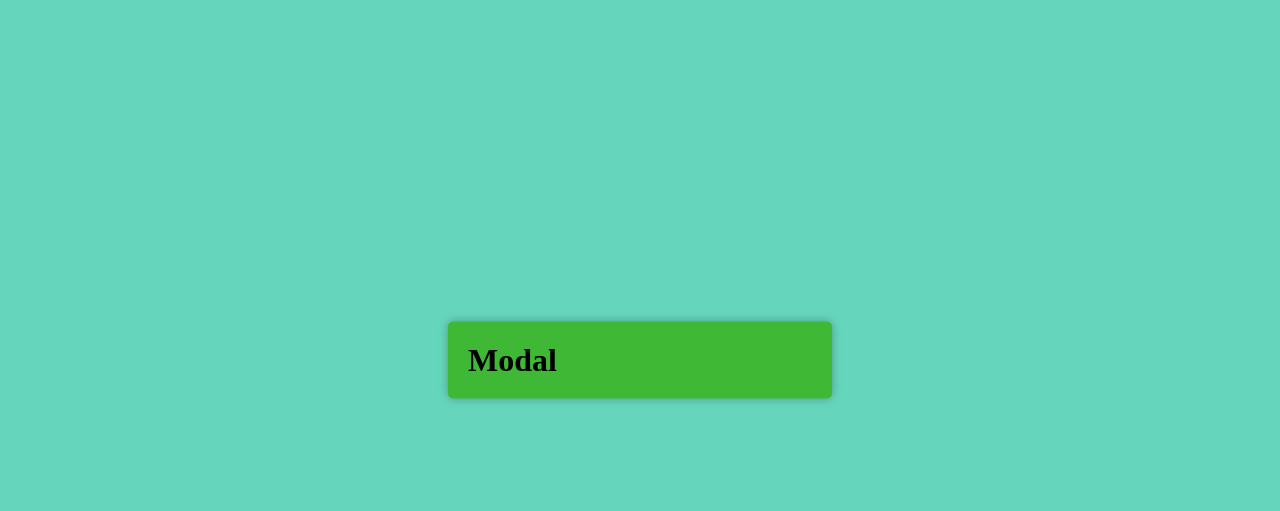
Repository: Soab42/portfolio
Page: /modal
An editor plug-in stored every save of this project. The page is shown before and after the next save, followed by the edit.
The browser window is 1280 px wide. The pictures show the whole page.
The project was rebuilt for these pictures with package versions that can differ from the ones it lists, and the page was loaded fresh each time. The framework's server and built-in components were replaced by stand-ins that run in the browser. Also part of the build but not shown: next.config.js.

Above is the page before, as saved 2023-10-09 15:24:45.

After the next save:
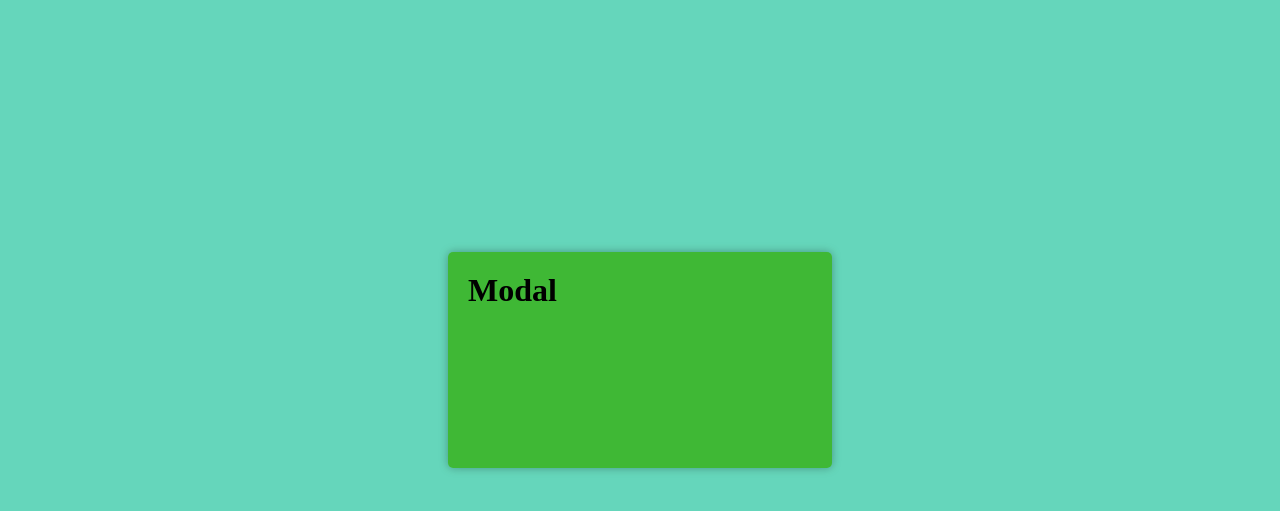
Saved 9 s later.
--- a/app/globals.css
+++ b/app/globals.css
@@ -124,6 +124,7 @@ a {
   left: 50%;
   width: fit-content;
   min-width: 30%;
+  min-height: 30%;
   transform: translate(-50%, -50%);
   background-color: #32ae05bc;
   padding: 20px;
